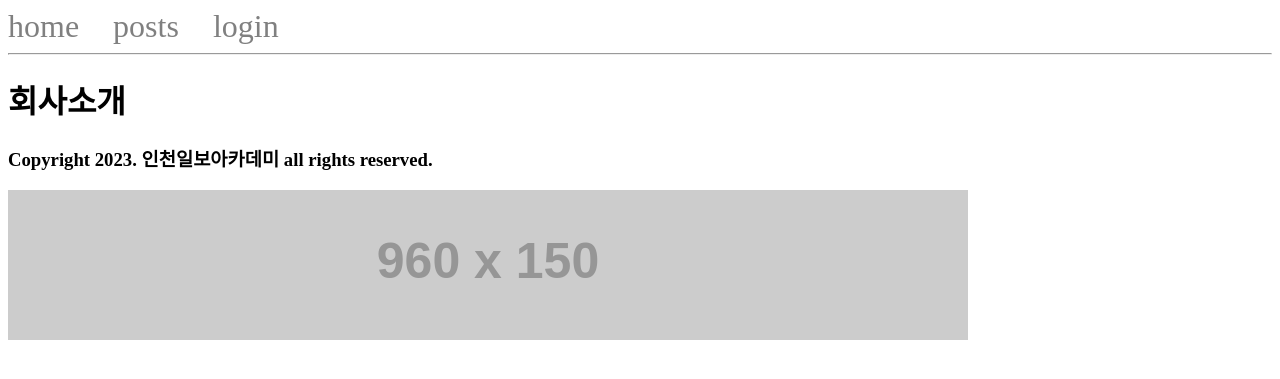
Repository: wkdtkgkek16/web01
Page: http://localhost/ex01/
The author's editor kept a copy of each file at every save. The page is drawn from the files as they stood at one save, then again after the next save.
The browser window is 1280 px wide. The pictures show the whole page.
The page is served by Tomcat 9.

Above is the page before, as saved 2023-03-27 01:17:03.

After the next save:
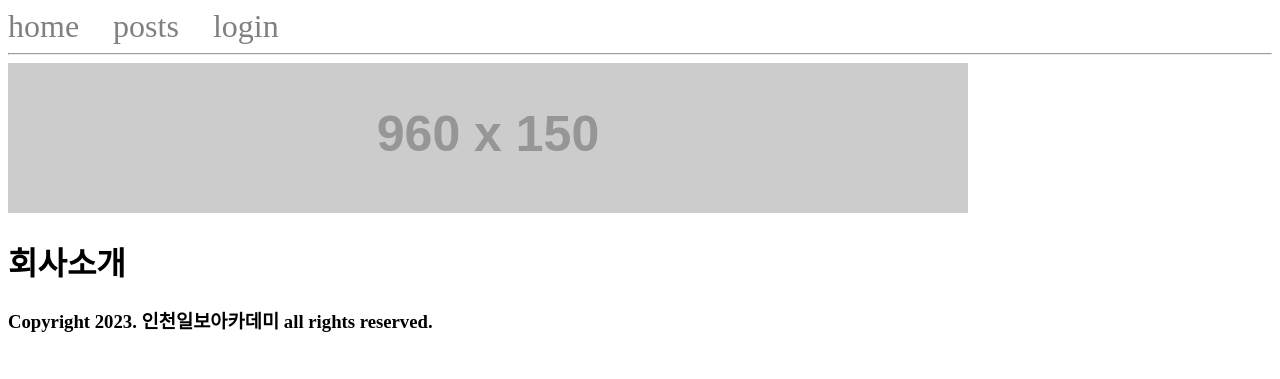
Saved 11 s later.
--- a/ex01/WebContent/home.jsp
+++ b/ex01/WebContent/home.jsp
@@ -21,8 +21,8 @@
 		<a href="/login">login</a>
 	</div>
 	<hr/>
+	<jsp:include page="header.jsp"></jsp:include>
 	<jsp:include page="${pageName}"></jsp:include>
 	<jsp:include page="footer.jsp"></jsp:include>
-	<jsp:include page="header.jsp"></jsp:include>
 </body>
 </html>
